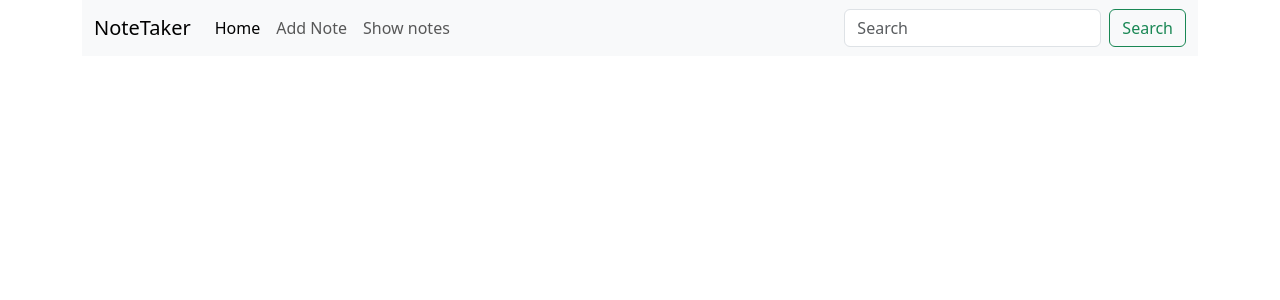
Repository: smritihbtu/Note-Maker
Page: http://localhost/NoteTaker/
The author's editor kept a copy of each file at every save. The page is drawn from the files as they stood at one save, then again after the next save.
The browser window is 1280 px wide. The pictures show the whole page.
The page is served by Tomcat 9. Other server files are loaded and not shown.

Above is the page before, as saved 2023-08-19 15:29:24.
Not found: NoteTaker/NoteTaker/webapp/CSS/style.css

### NoteTaker/src/main/webapp/index.jsp
<!doctype html>
<html lang="en">
  <head>
    <meta charset="utf-8">
    <meta name="viewport" content="width=device-width, initial-scale=1">
    <title>Bootstrap demo</title>
    <link rel="stylesheet" href="webapp/CSS/style.css" />
  <link href="https://cdn.jsdelivr.net/npm/bootstrap@5.3.1/dist/css/bootstrap.min.css" rel="stylesheet" integrity="sha384-4bw+/aepP/YC94hEpVNVgiZdgIC5+VKNBQNGCHeKRQN+PtmoHDEXuppvnDJzQIu9" crossorigin="anonymous">
  </head>
  <body>
    <div class= "container">
    <%@include file="navbar.jsp" %>

    </div>
     <script src="https://cdn.jsdelivr.net/npm/bootstrap@5.3.1/dist/js/bootstrap.bundle.min.js" integrity="sha384-HwwvtgBNo3bZJJLYd8oVXjrBZt8cqVSpeBNS5n7C8IVInixGAoxmnlMuBnhbgrkm" crossorigin="anonymous"></script>
  </body>
</html>

### NoteTaker/src/main/webapp/navbar.jsp
<nav class="navbar navbar-expand-lg bg-body-tertiary">
  <div class="container-fluid">
    <a class="navbar-brand" href="#">NoteTaker</a>
    <button class="navbar-toggler" type="button" data-bs-toggle="collapse" data-bs-target="#navbarSupportedContent" aria-controls="navbarSupportedContent" aria-expanded="false" aria-label="Toggle navigation">
      <span class="navbar-toggler-icon"></span>
    </button>
    <div class="collapse navbar-collapse" id="navbarSupportedContent">
      <ul class="navbar-nav me-auto mb-2 mb-lg-0">
        <li class="nav-item">
          <a class="nav-link active" aria-current="page" href="#">Home</a>
        </li>
        <li class="nav-item">
          <a class="nav-link" href="#">Add Note</a>
        </li>
      <!--   <li class="nav-item dropdown">
          <a class="nav-link dropdown-toggle" href="#" role="button" data-bs-toggle="dropdown" aria-expanded="false">
            Dropdown
          </a>
          <ul class="dropdown-menu">
            <li><a class="dropdown-item" href="#">Action</a></li>
            <li><a class="dropdown-item" href="#">Another action</a></li>
            <li><hr class="dropdown-divider"></li>
            <li><a class="dropdown-item" href="#">Something else here</a></li>
          </ul>
        </li> -->
        <li class="nav-item">
          <a class="nav-link " href="#">Show notes</a>
        </li>
      </ul>
      <form class="d-flex" role="search">
        <input class="form-control me-2" type="search" placeholder="Search" aria-label="Search">
        <button class="btn btn-outline-success" type="submit">Search</button>
      </form>
    </div>
  </div>
</nav>
</html>

After the next save:
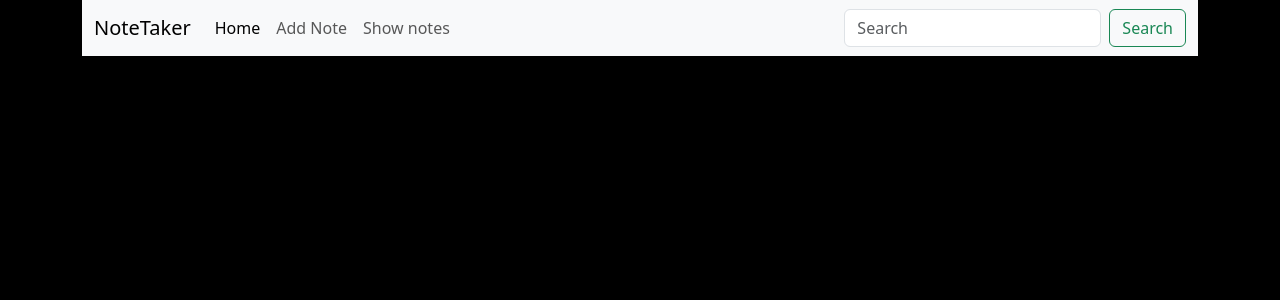
Saved 47 s later.
--- a/NoteTaker/src/main/webapp/index.jsp
+++ b/NoteTaker/src/main/webapp/index.jsp
@@ -6,7 +6,12 @@
     <title>Bootstrap demo</title>
     <link rel="stylesheet" href="webapp/CSS/style.css" />
   <link href="https://cdn.jsdelivr.net/npm/bootstrap@5.3.1/dist/css/bootstrap.min.css" rel="stylesheet" integrity="sha384-4bw+/aepP/YC94hEpVNVgiZdgIC5+VKNBQNGCHeKRQN+PtmoHDEXuppvnDJzQIu9" crossorigin="anonymous">
+  <style>
+  body{
+  background-color :black;
+  }</style>
   </head>
+
   <body>
     <div class= "container">
     <%@include file="navbar.jsp" %>

After the save that followed:
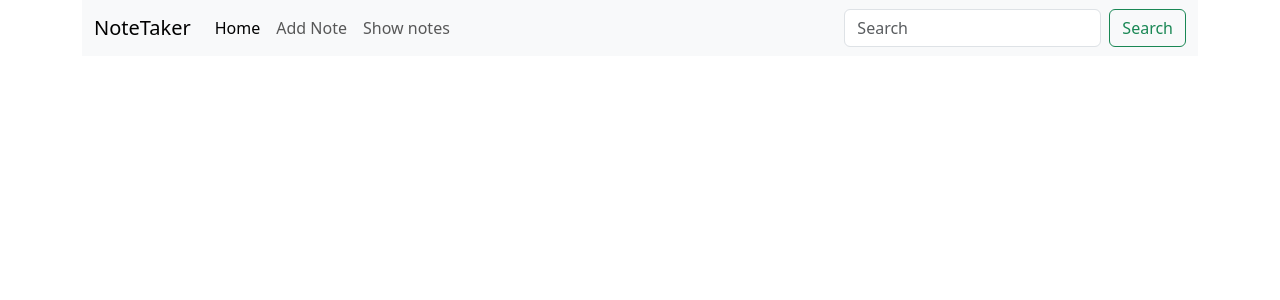
Not found: NoteTaker/NoteTaker/style.css
Saved 79 s later.
--- a/NoteTaker/src/main/webapp/index.jsp
+++ b/NoteTaker/src/main/webapp/index.jsp
@@ -4,12 +4,8 @@
     <meta charset="utf-8">
     <meta name="viewport" content="width=device-width, initial-scale=1">
     <title>Bootstrap demo</title>
-    <link rel="stylesheet" href="webapp/CSS/style.css" />
+    <link rel="stylesheet" href="style.css" />
   <link href="https://cdn.jsdelivr.net/npm/bootstrap@5.3.1/dist/css/bootstrap.min.css" rel="stylesheet" integrity="sha384-4bw+/aepP/YC94hEpVNVgiZdgIC5+VKNBQNGCHeKRQN+PtmoHDEXuppvnDJzQIu9" crossorigin="anonymous">
-  <style>
-  body{
-  background-color :black;
-  }</style>
   </head>
 
   <body>
